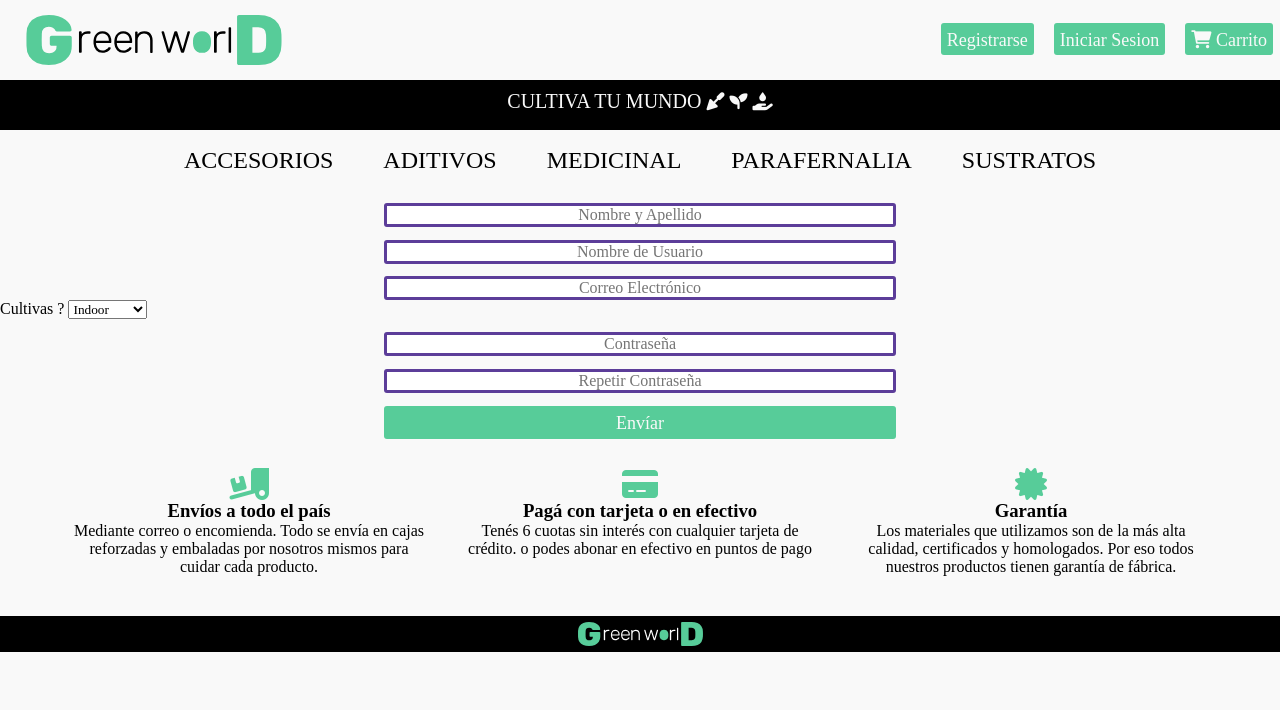
Repository: francoG98/grupo_9_Green_World
Page: source/views/register.html
The author's editor kept a copy of each file at every save. The page is drawn from the files as they stood at one save, then again after the next save.
The browser window is 1280 px wide. The pictures show the whole page.
Some web fonts or font styles are not loaded; a fallback is used. Some web libraries are served in a nearby version.

Above is the page before, as saved 2022-06-24 20:22:27.

After the next save:
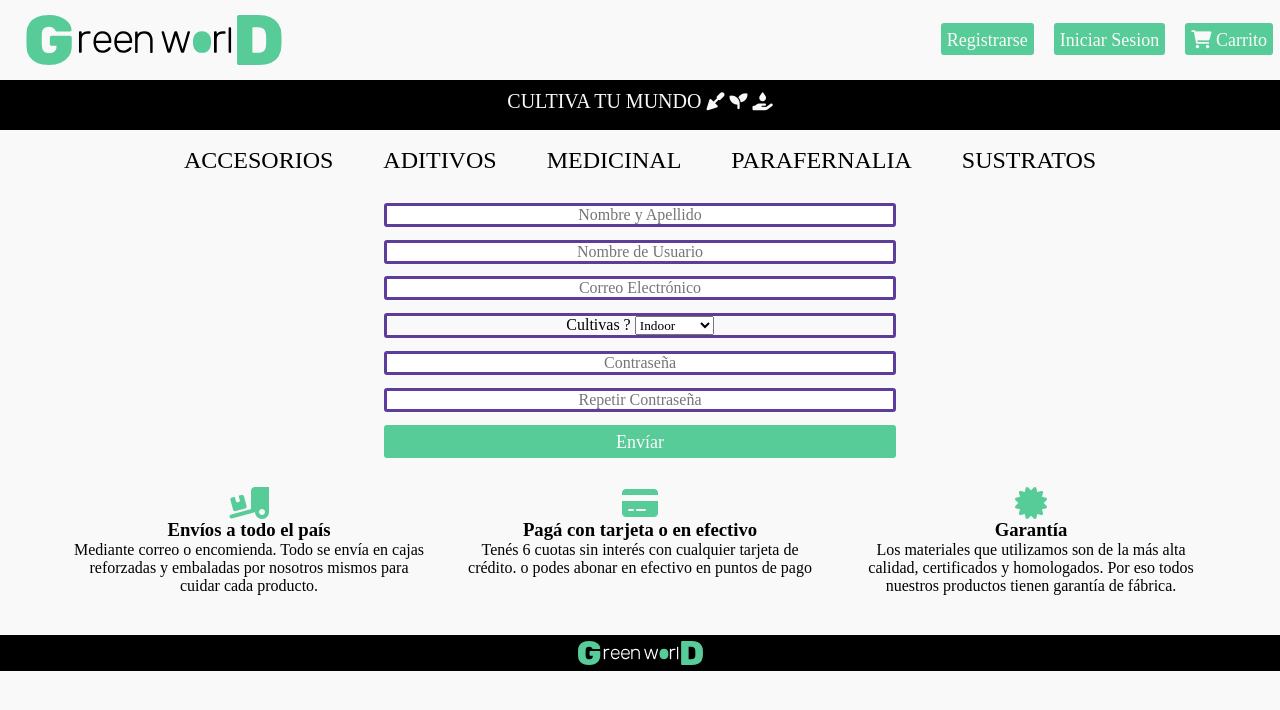
Saved 10 s later.
--- a/source/views/register.html
+++ b/source/views/register.html
@@ -62,7 +62,7 @@
             <p>
                 <input type="mail" name="mail" placeholder="Correo Electrónico" required>
             </p>
-            <p>
+            <p class="cultivo">
                 <label for="cultivo"> Cultivas ?</label>
                     <select name="cultivo" id="cultivo" required>
                         <option value="Indoor">Indoor</option>
